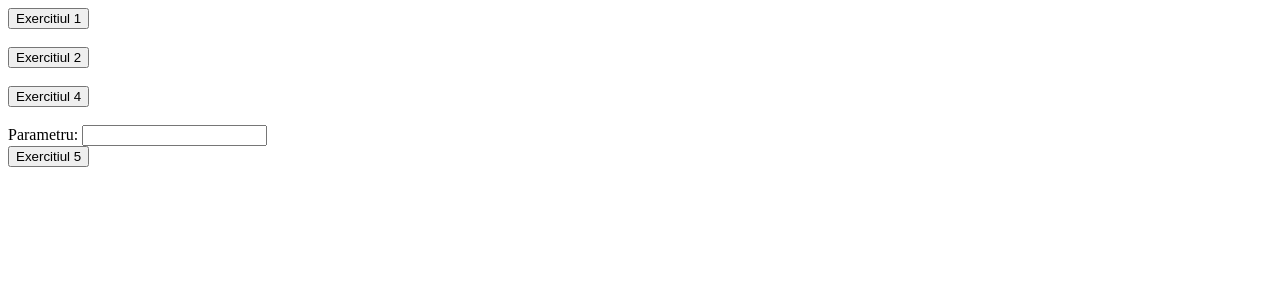
Repository: vladutbutnaru/DentalClinicManagementTool
Page: Laborator/WebContent/index.html
These files come from the project's save history. The page is drawn as it stood at one moment and after the next save; the edit follows.
The browser window is 1280 px wide. The pictures show the whole page.

Above is the page before, as saved 2016-10-13 13:09:35.

After the next save:
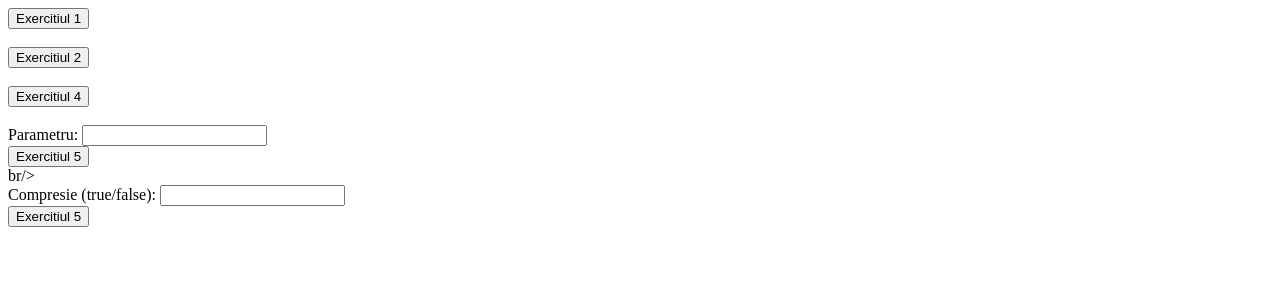
Saved 37 s later.
--- a/Laborator/WebContent/index.html
+++ b/Laborator/WebContent/index.html
@@ -21,5 +21,10 @@
 Parametru: <input type="text"  name = "parameter" id= "parameter"/> <br/>
 <input type="submit" value="Exercitiul 5"/>
 </form>
+br/>
+<form action="Exercise6Servlet" method="POST">
+Compresie (true/false): <input type="text"  name = "parameter" id= "parameter"/> <br/>
+<input type="submit" value="Exercitiul 5"/>
+</form>
 </body>
 </html>
